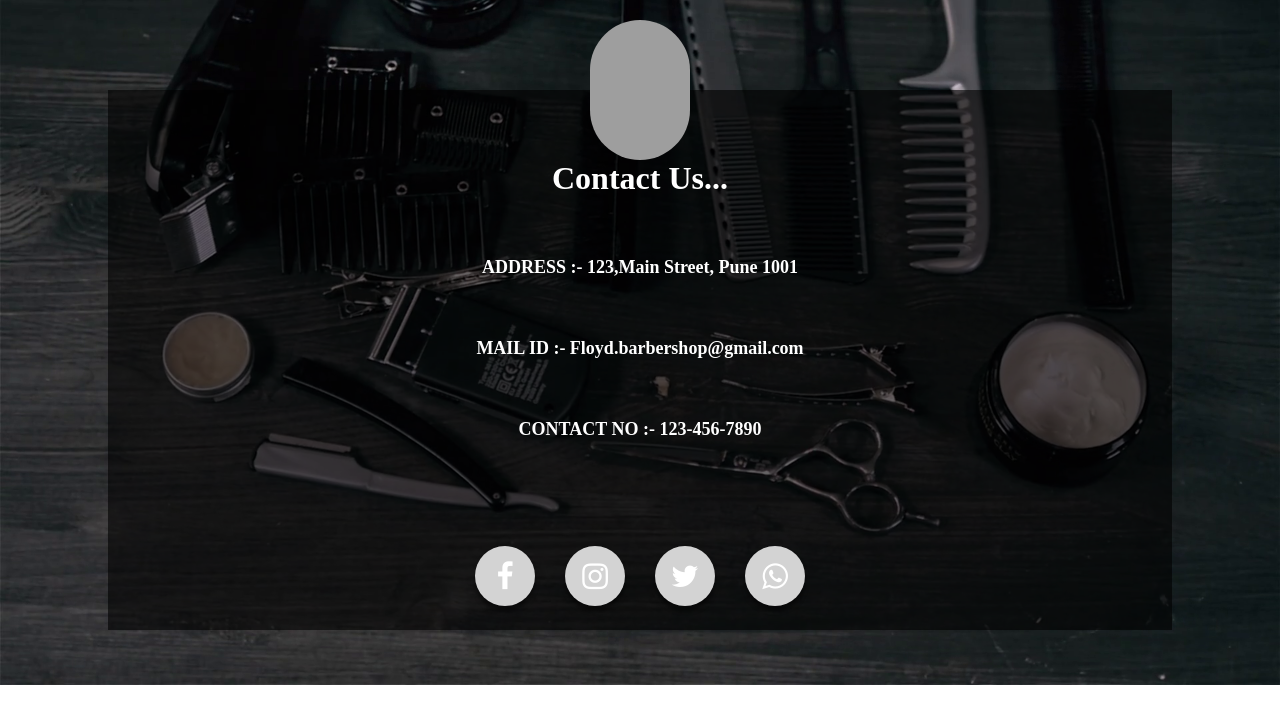
Repository: Mithil-Chavan/OnlineBarbershopManagementSystem
Page: http://localhost/OnlineBarberShop/WEB-INF/views/user/contact.jsp
The author's editor kept a copy of each file at every save. The page is drawn from the files as they stood at one save, then again after the next save.
The browser window is 1280 px wide. The pictures show the whole page.
The page is served by Tomcat 9. Nobody is signed in. The template is opened directly, without the code that normally fills it, so the values that code supplies are empty.

Above is the page before, as saved 2021-03-24 19:32:48.

After the next save:
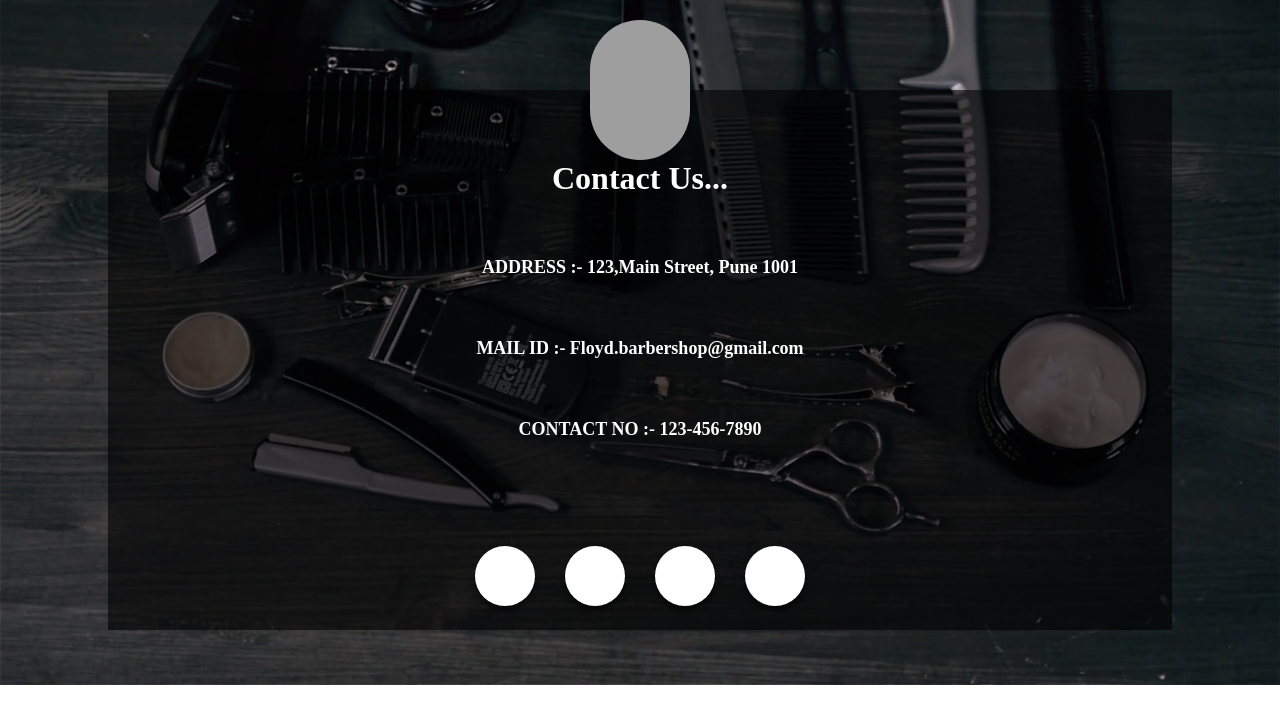
Saved 56 s later.
--- a/OnlineBarberShop/OnlineBarberShop/src/main/webapp/WEB-INF/views/user/contact.jsp
+++ b/OnlineBarberShop/OnlineBarberShop/src/main/webapp/WEB-INF/views/user/contact.jsp
@@ -99,7 +99,7 @@ body {
 	width: 60px;
 	height: 60px;
 	border-radius: 50%;
-	background-color: #D3D3D3;
+	background-color: #fff;
 	text-align: center;
 	transition: .6s;
 	box-shadow: 0 5px 4px rgba(0,0,0,.5);
